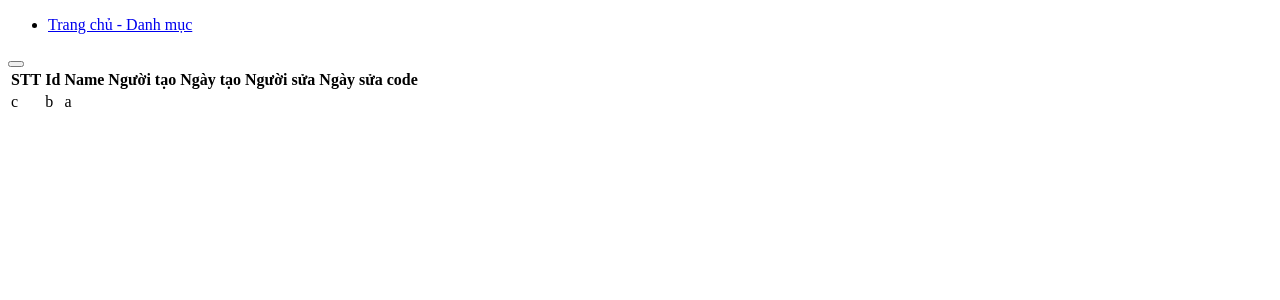
Repository: QuangThuanLion/Project_SpringMVC
Page: http://localhost/springweb-mvc/WEB-INF/views/admin/category/categories.jsp
An editor plug-in stored every save of this project. The page is shown before and after the next save, followed by the edit.
The browser window is 1280 px wide. The pictures show the whole page.
The page is served by Tomcat 9. Nobody is signed in. Other server files are loaded and not shown. The template is opened directly, without the code that normally fills it, so the values that code supplies are empty.

Above is the page before, as saved 2020-07-05 11:15:25.

### workspace/springweb-mvc/src/main/webapp/WEB-INF/views/admin/category/categories.jsp
<%@ page language="java" contentType="text/html; charset=UTF-8"
    pageEncoding="UTF-8"%>
<!DOCTYPE html>
<html>
<head>
<meta charset="UTF-8">
<title>Danh sách - Danh sách thể loại</title>
</head>
<body>

	<div class="main-content">
	<form>
			<div class="main-content-inner">
				<div class="breadcrumbs ace-save-state" id="breadcrumbs">
					<ul class="breadcrumb">
						<li>
							<i class="ace-icon fa fa-home home-icon"></i>
							<a href="#">Trang chủ - Danh mục</a>
						</li>
					</ul><!-- /.breadcrumb -->
				</div>
				<div class="page-content">
					<div class="row">
						<div class="col-xs-12">
							<div class="widget-box table-filter">
									<div class="table-btn-controls">
										<div class="pull-right tableTools-container">
											<div class="dt-buttons btn-overlap btn-group">
												<a flag="info"
												   class="dt-button buttons-colvis btn btn-white btn-primary btn-bold" data-toggle="tooltip"
												   title='Thêm bài viết' href="#">
															<span>
																<i class="fa fa-plus-circle bigger-110 purple"></i>
															</span>
												</a>
												<button id="btnDelete" type="button" onclick="warningBeforeDelete()"
														class="dt-button buttons-html5 btn btn-white btn-primary btn-bold" data-toggle="tooltip" title='Xóa bài viết'>
															<span>
																	<i class="fa fa-trash-o bigger-110 pink"></i>
															</span>
												</button>
											</div>
										</div>
									</div>
								</div>

								<div class="row">
									<div class="col-xs-12">
										<div class="table-responsive">
											<table class="table table-bordered">
												<thead>
													<tr>
														<th>STT</th>
														<th>Id</th>
														<th>Name</th>
														<th>Người tạo</th>
														<th>Ngày tạo</th>
														<th>Người sửa</th>
														<th>Ngày sửa</th>
														<th>code</th>
													</tr>
												</thead>
												<tbody>
														<tr>
															<td>c</td>
															<td>b</td>
															<td>a</td>
															<td>
															<a class="btn btn-sm btn-primary btn-edit" data-toggle="tooltip"
																title="Cập nhật bài viết" href="#">
																<i class="fa fa-pencil-square-o" aria-hidden="true"></i>
															</a>
															</td>
														</tr>

												</tbody>
											</table>
										</div>
									</div>
								</div>
							</div>
						</div>
					</div>
				</div>
			</form>
		</div>
<!-- /.main-content -->

</body>
</html>

After the next save:
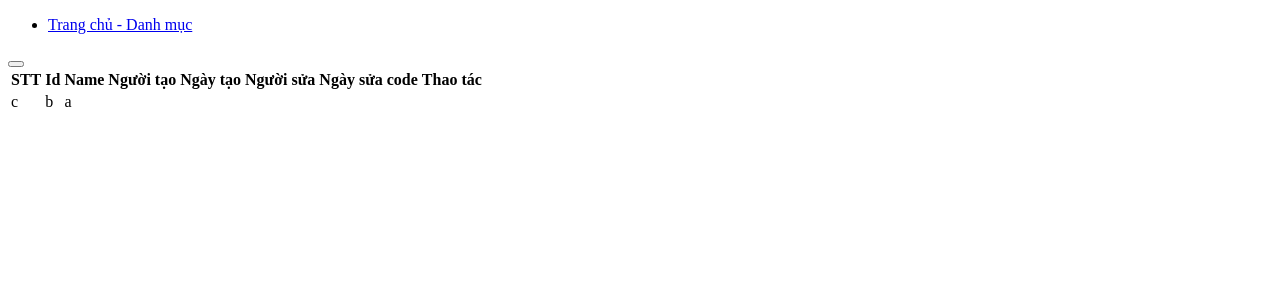
Saved 9 s later.
--- a/workspace/springweb-mvc/src/main/webapp/WEB-INF/views/admin/category/categories.jsp
+++ b/workspace/springweb-mvc/src/main/webapp/WEB-INF/views/admin/category/categories.jsp
@@ -58,6 +58,7 @@
 														<th>Người sửa</th>
 														<th>Ngày sửa</th>
 														<th>code</th>
+														<th>Thao tác</th>
 													</tr>
 												</thead>
 												<tbody>
